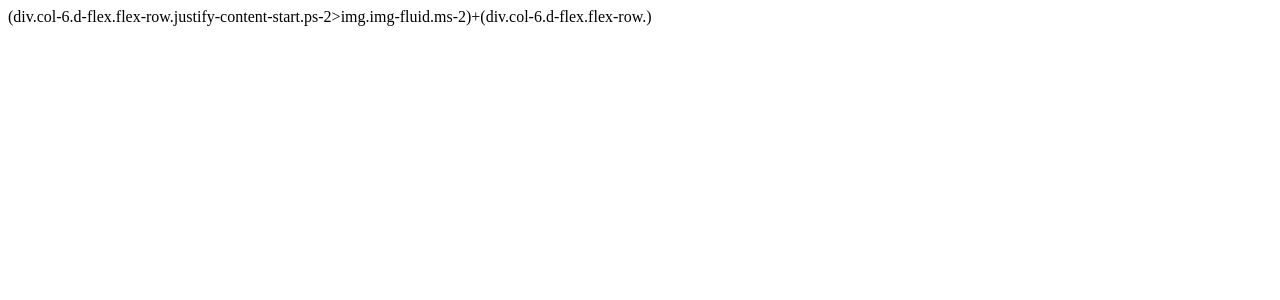
Repository: Rafa-x64/App-de-Tareas-con-AJAX
Page: http://localhost/DEV/src/php/includes/header.php
An editor plug-in stored every save of this project. The page is shown before and after a run of saves, followed by the edit.
The browser window is 1280 px wide. The pictures show the whole page.
The page is run by PHP 8.4 with error messages shown; the project is at /var/www/html/.

Above is the page before, as saved 2025-08-23 19:21:57.

After the next 5 saves:
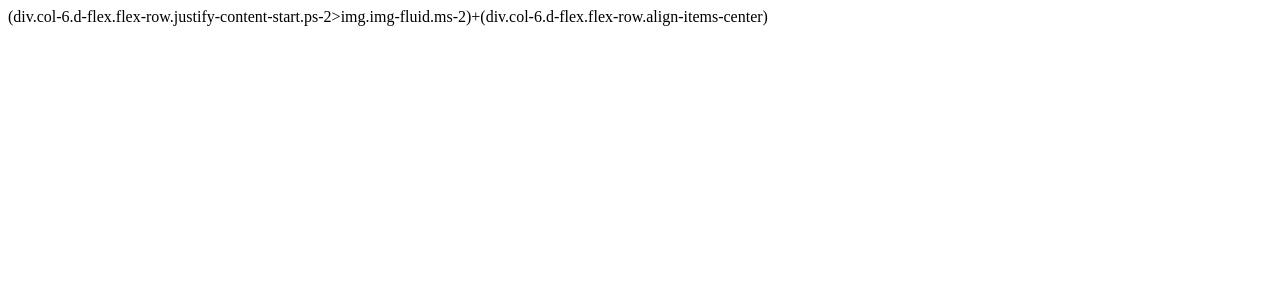
The 5 saves are shown as one change because they came seconds apart.
The last was saved 12 s later.
--- a/src/php/includes/header.php
+++ b/src/php/includes/header.php
@@ -1,5 +1,5 @@
 <header class="container-fluid">
     <div class="row d-flex flex-row justify-content-center">
-        (div.col-6.d-flex.flex-row.justify-content-start.ps-2>img.img-fluid.ms-2)+(div.col-6.d-flex.flex-row.)
+        (div.col-6.d-flex.flex-row.justify-content-start.ps-2>img.img-fluid.ms-2)+(div.col-6.d-flex.flex-row.align-items-center)
     </div>
 </header>
